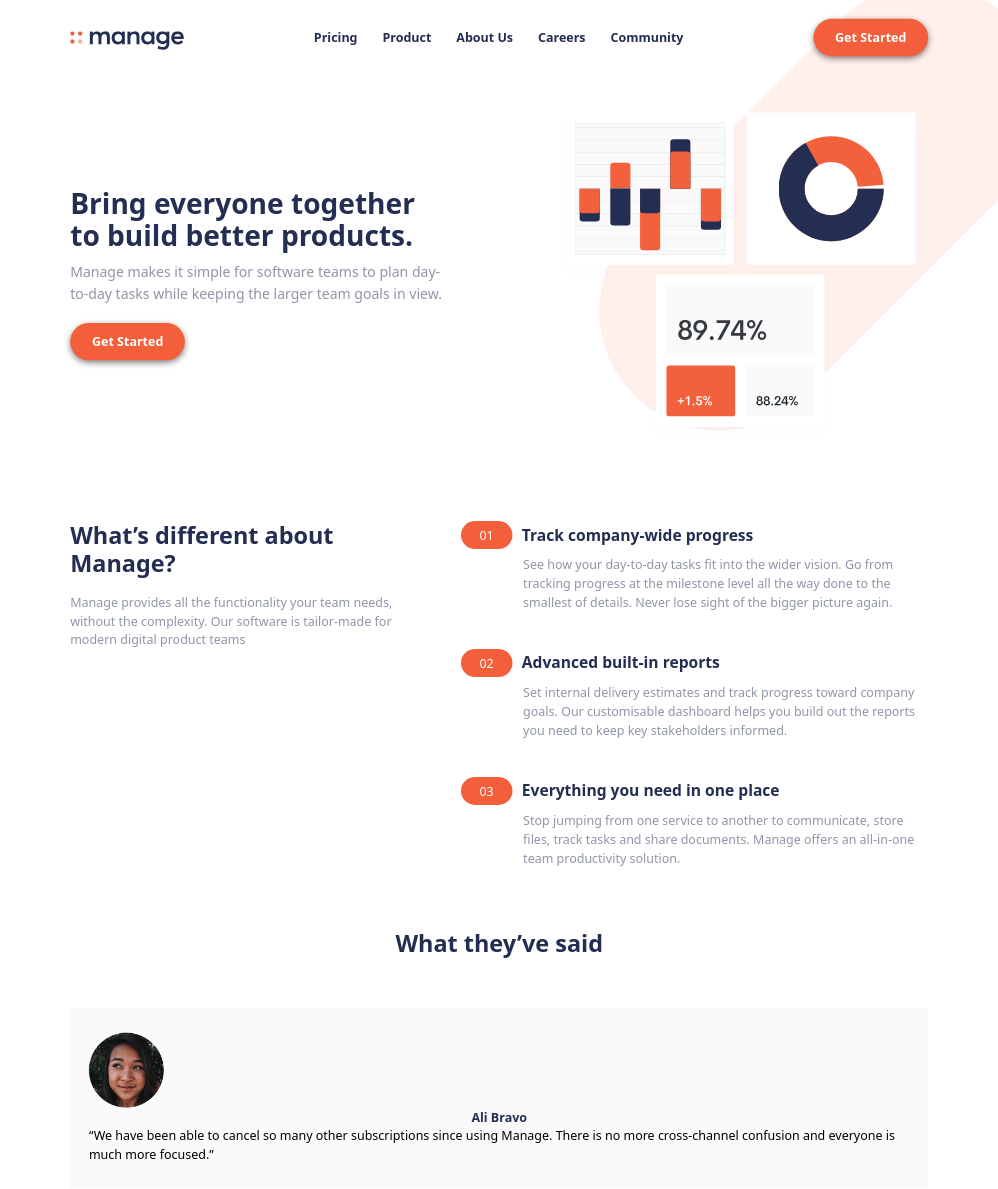
Repository: aqib-01/manage-landing-page
Page: /
An editor plug-in stored every save of this project. The page is shown before and after the next save, followed by the edit.
The browser window is 1280 px wide. The pictures show the whole page, at 78% of full size.
The project was rebuilt for these pictures with package versions that can differ from the ones it lists, and the page was loaded fresh each time.

Above is the page before, as saved 2022-05-12 21:22:04.

### public/index.html
<!DOCTYPE html>
<html lang="en">
  <head>
    <meta charset="utf-8" />
    <link rel="icon" href="%PUBLIC_URL%/favicon.ico" />
    <meta name="viewport" content="width=device-width, initial-scale=1" />
    <meta name="theme-color" content="#000000" />
    <meta name="description" content="Manage Landing Page" />
    <link rel="apple-touch-icon" href="%PUBLIC_URL%/logo192.png" />

    <link rel="manifest" href="%PUBLIC_URL%/manifest.json" />

    <title>Manage Landing Page</title>
  </head>
  <body>
    <noscript>You need to enable JavaScript to run this app.</noscript>
    <div id="root"></div>
  </body>
</html>

### src/index.js
import React from "react";
import ReactDOM from "react-dom";
import "./css/tailwind.css";
import "./css/style.css";
import App from "./App";

ReactDOM.render(
  <React.StrictMode>
    <App />
  </React.StrictMode>,
  document.getElementById("root")
);

### src/css/style.css
.wrapper {
  width: 90%;
  max-width: 1100px;
  @apply mx-auto;
}

img {
  max-width: 100%;
}

html,
body {
  overflow-x: hidden;
}

body {
  position: relative;
}

.nav-intro-sect {
  background-image: url(../../public/images/bg-tablet-pattern.svg);
  background-repeat: no-repeat;
  background-size: contain;
  background-position: top -70px right -80px;
}

@media (min-width: 768px) {
  .nav-intro-sect {
    background-position: top -20px right -60px;
  }
}

nav {
  @apply bg-white absolute top-full  rounded-md text-lg
  font-bold left-0 right-0 mx-5 xs:mx-7 sm:mx-16 md:m-0 overflow-hidden
   text-dark-blue h-0 md:relative md:inset-auto md:overflow-visible
   md:bg-transparent md:text-base  z-30;
}

nav ul {
  @apply py-10 px-8 flex flex-col items-center gap-5 md:gap-8 md:flex-row md:p-0;
}

nav li a {
  @apply hover:opacity-50;
}

.get-start-btn {
  @apply font-bold  bg-bright-red px-7 py-3 rounded-full
  text-white hover:opacity-70;
  -webkit-box-shadow: 0 3px 8px rgba(0, 0, 0, 0.493);
          box-shadow: 0 3px 8px rgba(0, 0, 0, 0.493);
}

.get-start-btn-white {
  @apply font-bold  bg-white px-7 py-3 rounded-full
  text-bright-red hover:bg-very-pale-red;
}

.what-diff-head {
  position: relative;
  @apply flex items-stretch;
}

.what-diff-head::before {
  content: "";
  position: absolute;
  inset: 0;
  @apply bg-very-pale-red -z-10 rounded-full -right-full md:content-none;
}

.what-diff-head span {
  @apply bg-bright-red text-white px-6 rounded-full py-1.5 mr-3
    flex items-center;
}

.what-diff-head h4 {
  @apply font-semibold text-dark-blue flex items-center sm:text-lg md:text-xl;
}

.what-diff-desc {
  @apply text-dark-grayish-blue mt-5 md:mt-2 md:ml-20 text-sm sm:text-base;
}

.swiper-wrapper {
  -webkit-box-align: stretch !important;
      -ms-flex-align: stretch !important;
          align-items: stretch !important;
}

.swiper-wrapper .swiper-slide {
  height: auto;
}

.swiper-pagination-bullet {
  width: 10px !important;
  background-color: transparent !important;
  height: 10px !important;
  border: 2px solid #f25f3a !important;
}

.swiper-pagination-bullet-active {
  background-color: #f25f3a !important;
}

.simplify-sect {
  @apply bg-bright-red py-20;
  background-image: url(../../public/images/bg-simplify-section-mobile.svg);
  background-repeat: no-repeat;
}

@media (min-width: 768px) {
  .simplify-sect {
    background-image: url(../../public/images/bg-simplify-section-desktop.svg);
  }
}

.simplify-sect h2 {
  @apply text-4xl text-white font-semibold text-center
     md:text-left;
}

.simplify-sect button {
  @apply block mt-10 mx-auto md:m-0;
}

.footer-nav {
  @apply flex flex-col gap-3;
}

.footer-nav li a {
  @apply text-very-light-gray font-semibold hover:underline hover:opacity-50;
}

.social-links li button {
  @apply hover:opacity-50;
}

.social-links li button img {
  width: 25px;
}
/*# sourceMappingURL=style.css.map */

### src/App.js
import React from "react";
import Intro from "./components/Intro";
import Nav from "./components/Nav";
import Testimonials from "./components/Testimonials";
import WhatDifferent from "./components/WhatDifferent";

const App = () => {
  return (
    <>
      <div className="nav-intro-sect">
        <Nav />

        <Intro />
      </div>

      <WhatDifferent />
      <Testimonials />
    </>
  );
};

export default App;

### src/components/Intro.js
import React from "react";

const Intro = () => {
  return (
    <section className="mt-10">
      <div className="wrapper">
        <div className="md:flex md:items-center gap-6">
          <div className="md:order-2 flex-1">
            <img
              className="block mx-auto"
              src="images/illustration-intro.svg"
              alt=""
            />
          </div>
          <div className="mt-5 text-center md:text-left  flex-1 lg:mr-28 ">
            <h1 className="text-dark-blue font-bold  text-4xl">
              Bring everyone together to build better products.
            </h1>
            <p className="mt-3 text-lg text-dark-grayish-blue ">
              Manage makes it simple for software teams to plan day-to-day tasks
              while keeping the larger team goals in view.
            </p>
            <button className="get-start-btn  mx-auto my-6 block md:mx-0">
              Get Started
            </button>
          </div>
        </div>
      </div>
    </section>
  );
};

export default Intro;

### src/components/Nav.js
import React, { useEffect, useState, useLayoutEffect } from "react";
import gsap from "gsap";
import { ScrollTrigger } from "gsap/ScrollTrigger";
gsap.registerPlugin(ScrollTrigger);
const Nav = () => {
  const [isNavOpen, setIsNavOpen] = useState(false);
  const toggleNav = () => {
    setIsNavOpen(!isNavOpen);
  };
  useEffect(() => {
    let navShowEl = document.querySelector(".nav-show");
    let navHideEl = document.querySelector(".nav-hide");
    if (isNavOpen) {
      document.documentElement.classList.add("overflow-hidden");
    } else if (!isNavOpen) {
      document.documentElement.classList.remove("overflow-hidden");
    }
    if (navShowEl) {
      gsap.to(navShowEl, {
        height: "auto",
        ease: "power",
      });
    }
    if (navHideEl) {
      gsap.to(navHideEl, {
        height: 0,
        duration: 0.2,
      });
    }
  }, [isNavOpen]);
  useEffect(() => {
    window.addEventListener(
      "resize",
      () => {
        if (window.innerWidth >= 768) {
          setIsNavOpen(false);
        }
      },
      []
    );
  });
  return (
    <>
      {isNavOpen && (
        <div className=" bg-black fixed inset-0 bg-opacity-10"></div>
      )}



      <header className=" ">
        <div className="wrapper py-8 relative md:py-6">
          <div className="flex items-center justify-between gap-10">
            <div className="logo-main relative z-20 mt-2">
              <img src="images/logo.svg" alt="Main Logo" />
            </div>
            <button
              className="ham-btn relative z-20 md:hidden"
              onClick={toggleNav}
            >
              <img
                src={
                  isNavOpen
                    ? "images/icon-close.svg"
                    : "images/icon-hamburger.svg"
                }
                alt="Hamburger Icon"
              />
            </button>
            <nav
              className={`${isNavOpen ? "nav-show" : "nav-hide"} md:!h-auto`}
            >
              <ul>
                <li>
                  <a href="#">Pricing</a>
                </li>
                <li>
                  <a href="#">Product</a>
                </li>
                <li>
                  <a href="#">About Us</a>
                </li>
                <li>
                  <a href="#">Careers</a>
                </li>
                <li>
                  <a href="#">Community</a>
                </li>
              </ul>
            </nav>
            <button className="get-start-btn hidden  lg:block">
              Get Started
            </button>
          </div>
        </div>
      </header>
    </>
  );
};

export default Nav;

### src/components/Testimonials.js
import React from "react";

const Testimonials = () => {
  return (
    <section className="mt-20">
      <div className="wrapper">
        <h2 className="text-3xl mb-16 text-center text-dark-blue font-semibold">
          What they’ve said{" "}
        </h2>
        <div>
          <div className="bg-very-light-gray px-6 py-8">
            <img className="w-24" src="images/avatar-ali.png" alt="" />
            <div>
              <h5 className="text-dark-blue font-semibold text-center">
                Ali Bravo
              </h5>
              <p>
                “We have been able to cancel so many other subscriptions since
                using Manage. There is no more cross-channel confusion and
                everyone is much more focused.”
              </p>
            </div>
          </div>
        </div>
      </div>
    </section>
  );
};

export default Testimonials;

### src/components/WhatDifferent.js
import React from "react";

const WhatDifferent = () => {
  return (
    <section className="mt-24">
      <div className="wrapper">
        <div className="md:flex gap-10 lg:gap-20">
          <div className="text-center mb-16 md:text-left">
            <h2 className="text-3xl text-dark-blue font-bold">
              What’s different about Manage?
            </h2>
            <p className="text-dark-grayish-blue mt-5">
              Manage provides all the functionality your team needs, without the
              complexity. Our software is tailor-made for modern digital product
              teams
            </p>
          </div>
          <div>
            <div>
              <div className="what-diff-head ">
                <span className="">01</span>
                <h4 className="">Track company-wide progress</h4>
              </div>
              <p className="what-diff-desc">
                See how your day-to-day tasks fit into the wider vision. Go from
                tracking progress at the milestone level all the way done to the
                smallest of details. Never lose sight of the bigger picture
                again.
              </p>
            </div>
            <div className="mt-12">
              <div className="what-diff-head ">
                <span className="">02</span>
                <h4 className="">Advanced built-in reports</h4>
              </div>
              <p className="what-diff-desc">
                Set internal delivery estimates and track progress toward
                company goals. Our customisable dashboard helps you build out
                the reports you need to keep key stakeholders informed.
              </p>
            </div>
            <div className="mt-12">
              <div className="what-diff-head ">
                <span className="">03</span>
                <h4 className="">Everything you need in one place</h4>
              </div>
              <p className="what-diff-desc">
                Stop jumping from one service to another to communicate, store
                files, track tasks and share documents. Manage offers an
                all-in-one team productivity solution.
              </p>
            </div>
          </div>
        </div>
      </div>
    </section>
  );
};

export default WhatDifferent;

### tailwind.config.js
module.exports = {
  content: ["./src/**/*.{js,jsx,ts,tsx}"],
  theme: {
    screens: {
      xs: "380px",
      sm: "640px",

      md: "768px",

      lg: "1024px",

      xl: "1280px",

      "2xl": "1536px",
    },
    extend: {
      colors: {
        "bright-red": "hsl(12, 88%, 59%)",
        "dark-blue": "hsl(228, 39%, 23%)",
        "dark-grayish-blue": "hsl(227, 12%, 61%)",
        "very-dark-blue": "hsl(233, 12%, 13%)",
        "very-pale-red": "hsl(13, 100%, 96%)",
        "very-light-gray": "hsl(0, 0%, 98%)",
      },
    },
  },
  plugins: [],
};

Loaded but not shown: src/css/tailwind.css (common file)

After the next save:
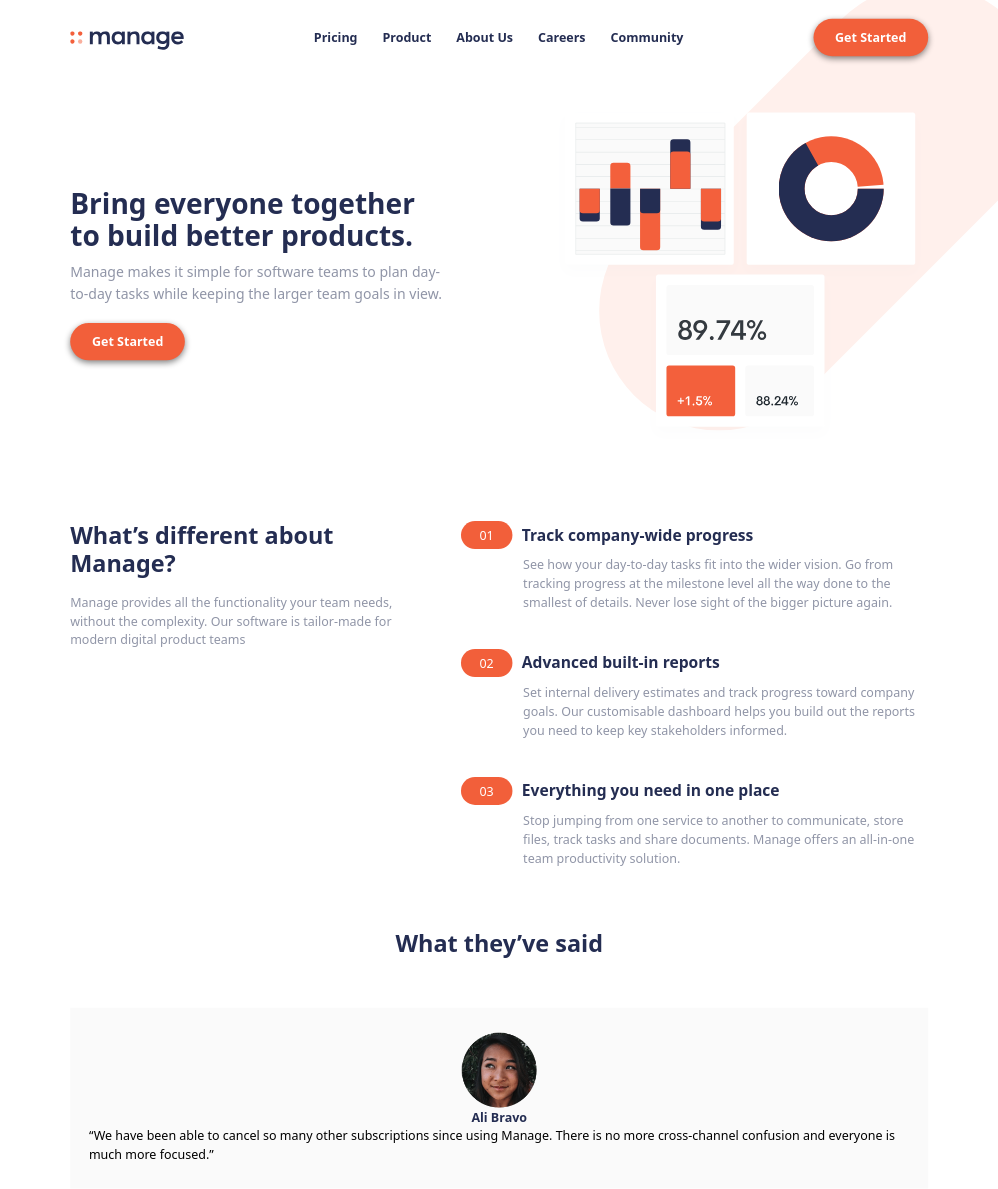
Saved 6 s later.
--- a/src/components/Testimonials.js
+++ b/src/components/Testimonials.js
@@ -9,7 +9,11 @@ const Testimonials = () => {
         </h2>
         <div>
           <div className="bg-very-light-gray px-6 py-8">
-            <img className="w-24" src="images/avatar-ali.png" alt="" />
+            <img
+              className="w-24 block mx-auto"
+              src="images/avatar-ali.png"
+              alt=""
+            />
             <div>
               <h5 className="text-dark-blue font-semibold text-center">
                 Ali Bravo
